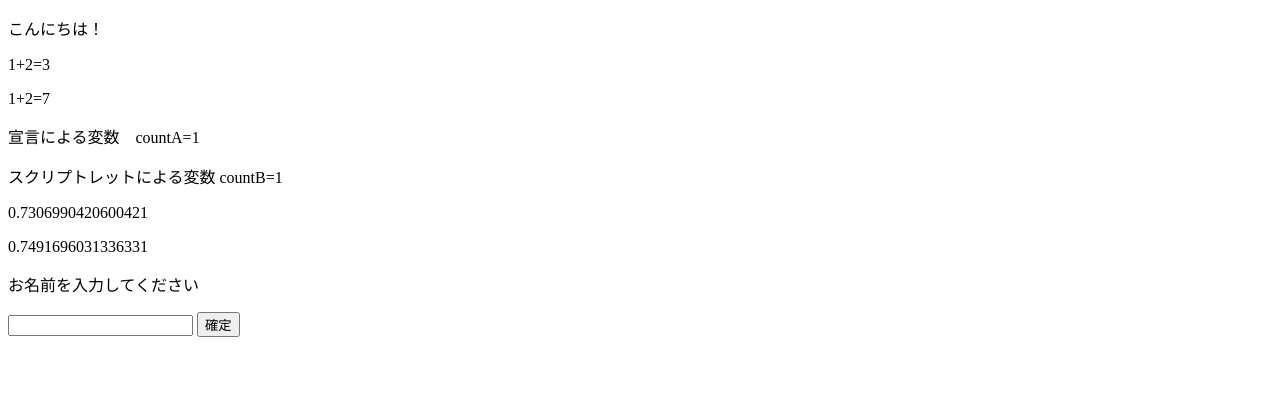
Repository: takano-yoko/test
Page: http://localhost/HelloJSP/
These files come from the project's save history. The page is drawn as it stood at one moment and after the next save; the edit follows.
The browser window is 1280 px wide. The pictures show the whole page.
The page is served by Tomcat 9.

Above is the page before, as saved 2019-03-06 09:47:37.

### HelloJSP/WebContent/index.jsp
<%@ page language="java" contentType="text/html; charset=UTF-8"
    pageEncoding="UTF-8"%>
<!DOCTYPE html PUBLIC "-//W3C//DTD HTML 4.01 Transitional//EN" "http://www.w3.org/TR/html4/loose.dtd">
<html>
<head>
<meta http-equiv="Content-Type" content="text/html; charset=UTF-8">
<title>Insert title here</title>
</head>
<body>
<p>こんにちは！</p>
<%!
static int add(int a, int b){
	return a+b;
}
%>
<p>1+2=<%=add(1,2) %></p>
<p>1+2=<%=add(3,4) %></p>

<%! static int countA=0; %>
<%
int countB=0;
countA++;
countB++;
%>

<p>宣言による変数　countA=<%=countA %></p>
<p>スクリプトレットによる変数 countB=<%=countB %></p>

<p><% out.println(Math.random()); %></p>
<p><%=Math.random() %></p>

<p>お名前を入力してください</p>
<form method="post" action="greeting-out.jsp">
<input type="text" name="user">
<input type="submit" value="確定">
</form>


</body>
</html>

After the next save:
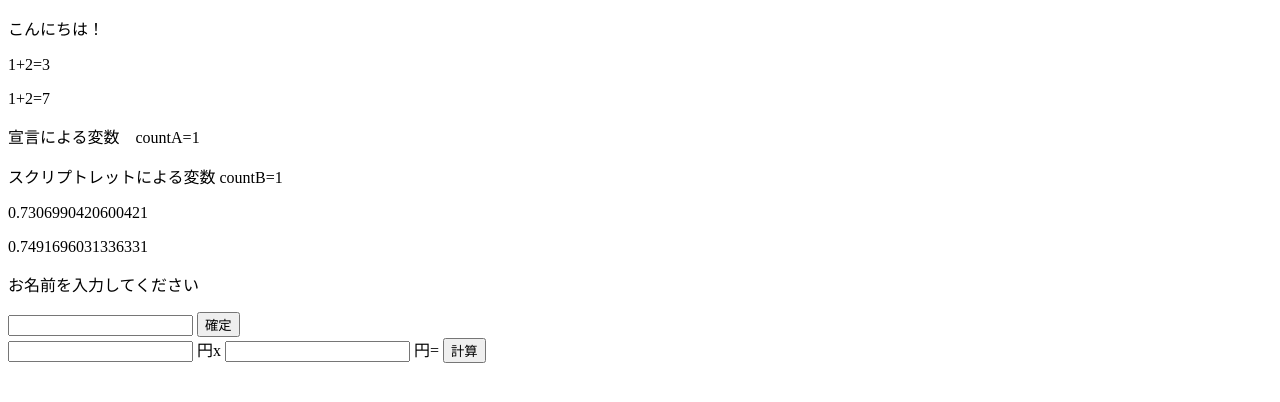
Saved 8 min 37 s later.
--- a/HelloJSP/WebContent/index.jsp
+++ b/HelloJSP/WebContent/index.jsp
@@ -35,6 +35,16 @@
 <input type="submit" value="確定">
 </form>
 
+<form method="post" action="total-out.jsp">
+<input type="text" name="price">
+円x
+<input type="text" name="delivery">
+円=
+<input type="submit" value="計算">
+
+
+</form>
+
 
 </body>
 </html>
